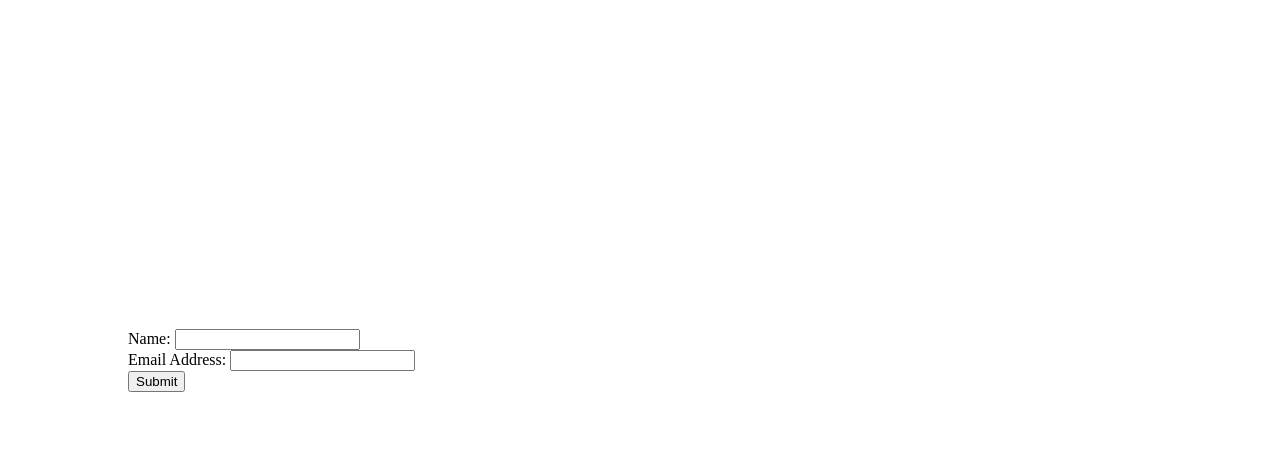
Repository: lamilekan263/contactKeep
Page: index.html
The author's editor kept a copy of each file at every save. The page is drawn from the files as they stood at one save, then again after a run of saves.
The browser window is 1280 px wide. The pictures show the whole page.

Above is the page before, as saved 2020-09-11 18:20:02.

After the next 2 saves:
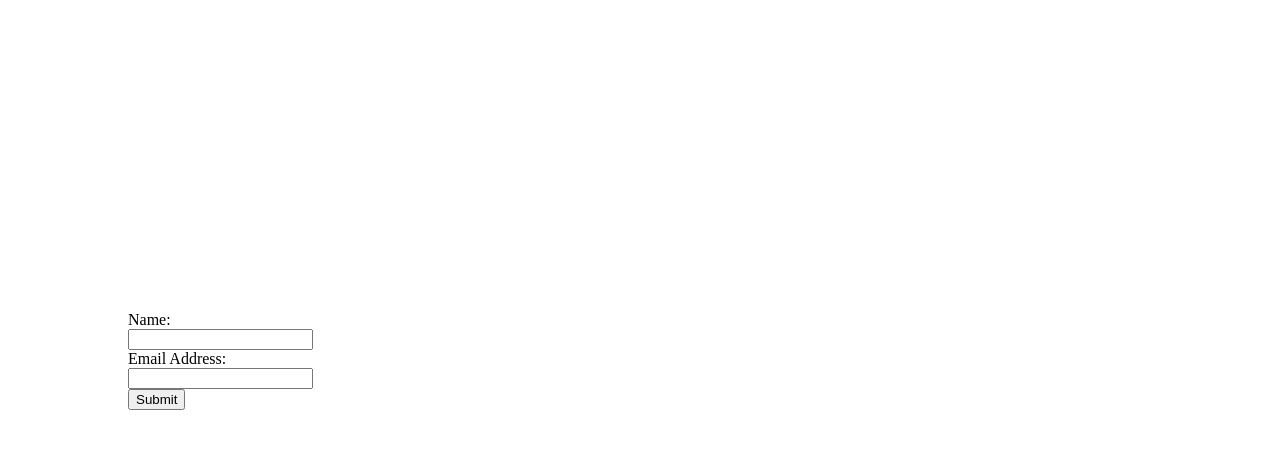
The 2 saves are shown as one change because they came seconds apart.
The last was saved 5 s later.
--- a/main.css
+++ b/main.css
@@ -20,5 +20,5 @@
 }
 
 form input{
-    display:b
+    display:block;
 }
